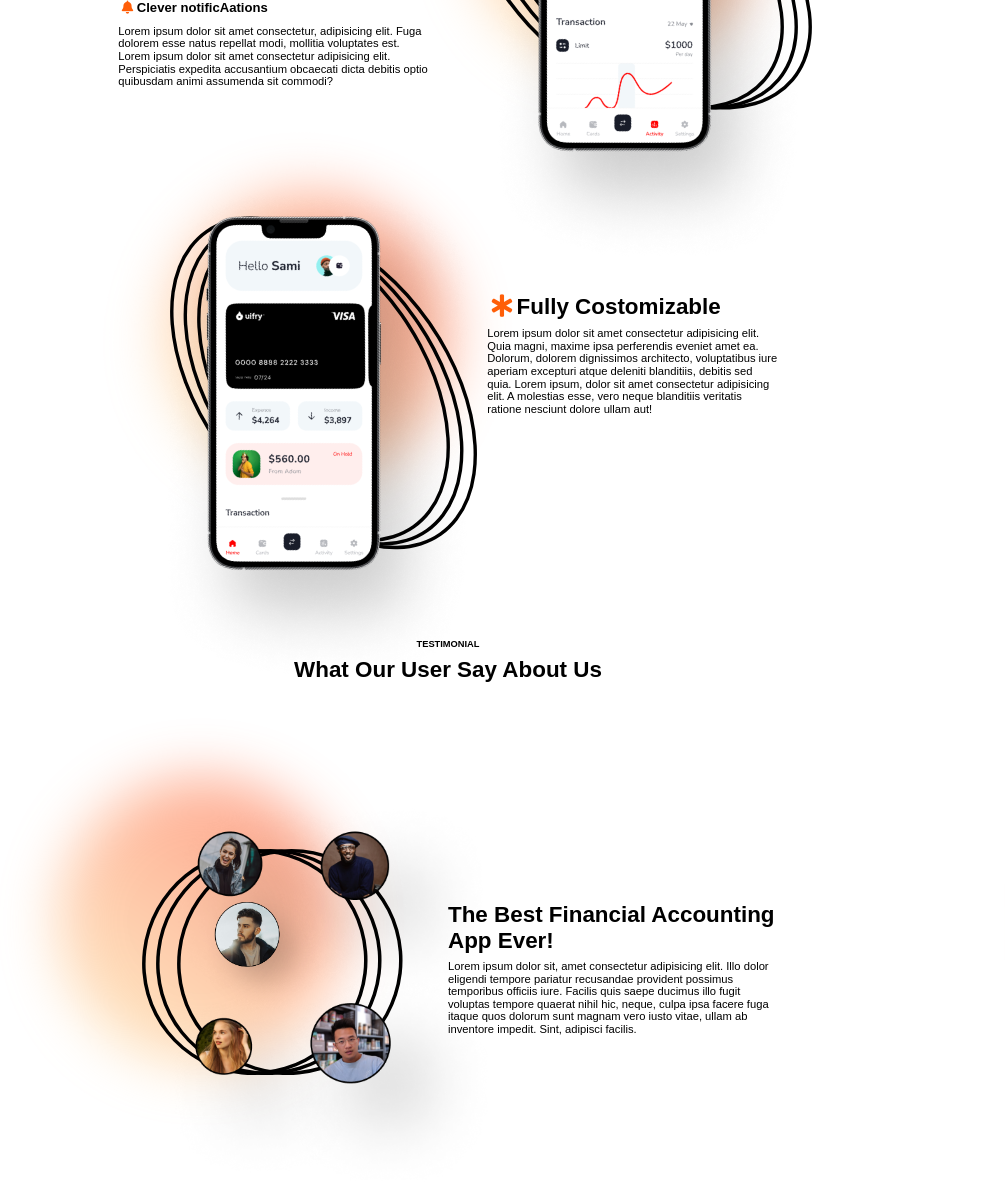
Repository: sakshambansal7/Uifry
Page: index.html
The author's editor kept a copy of each file at every save. The page is drawn from the files as they stood at one save, then again after the next save.
The browser window is 1280 px wide. The page is 1435 px wide, so the pictures cover 1435 px, including what lies to the right of the window. The pictures show the part of the page from y = 1714 to 3434 px (the page is 3434 px tall), at 70% of full size.
Some web libraries are served in a nearby version.

Above is the page before, as saved 2024-06-12 22:18:10.

After the next save:
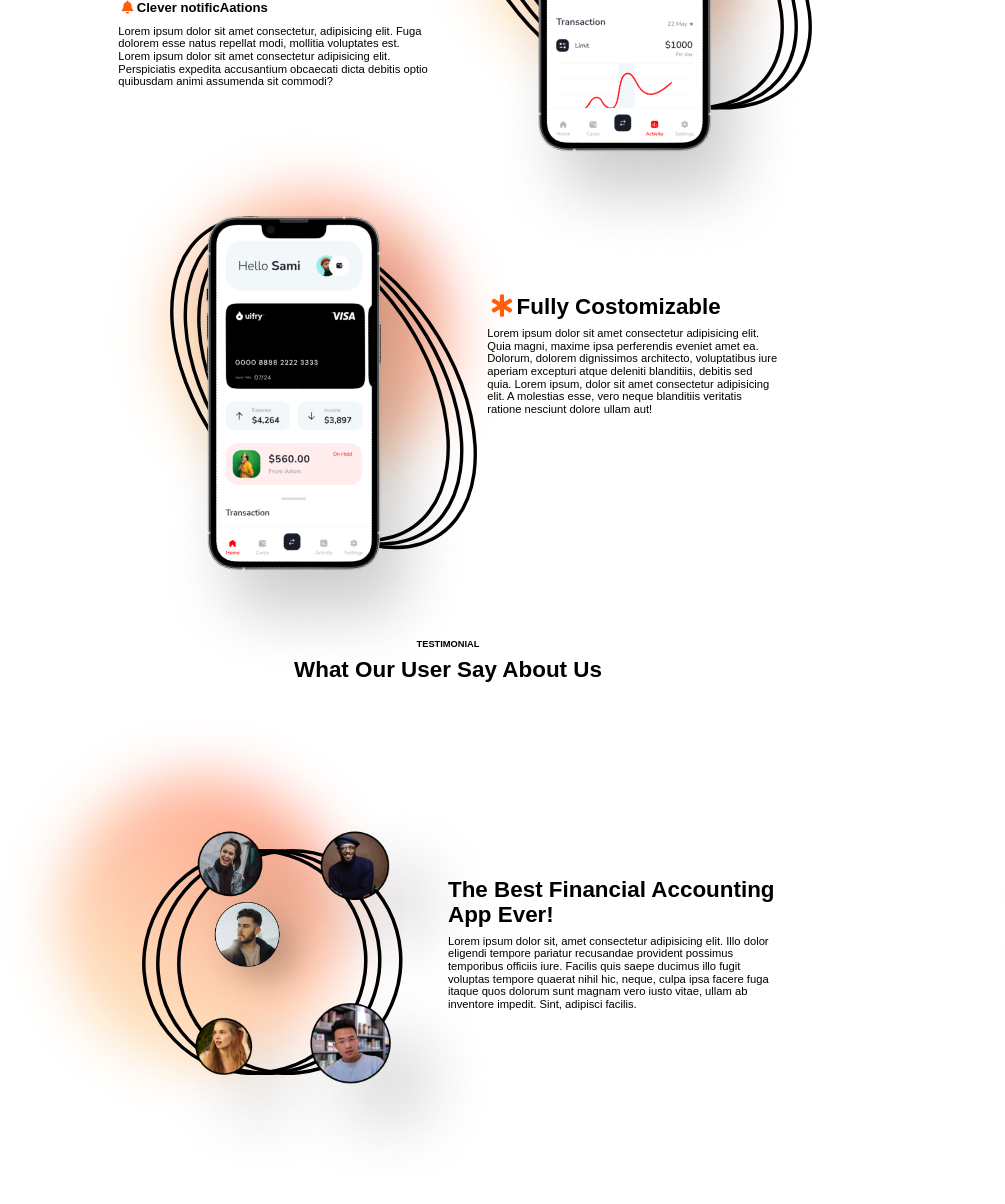
Saved 6 s later.
--- a/style.css
+++ b/style.css
@@ -410,5 +410,5 @@ nav a {
 
 
 .part5 .right{
-  margin-top:30vh ;
-}
+  margin-top:25vh ;
+}
